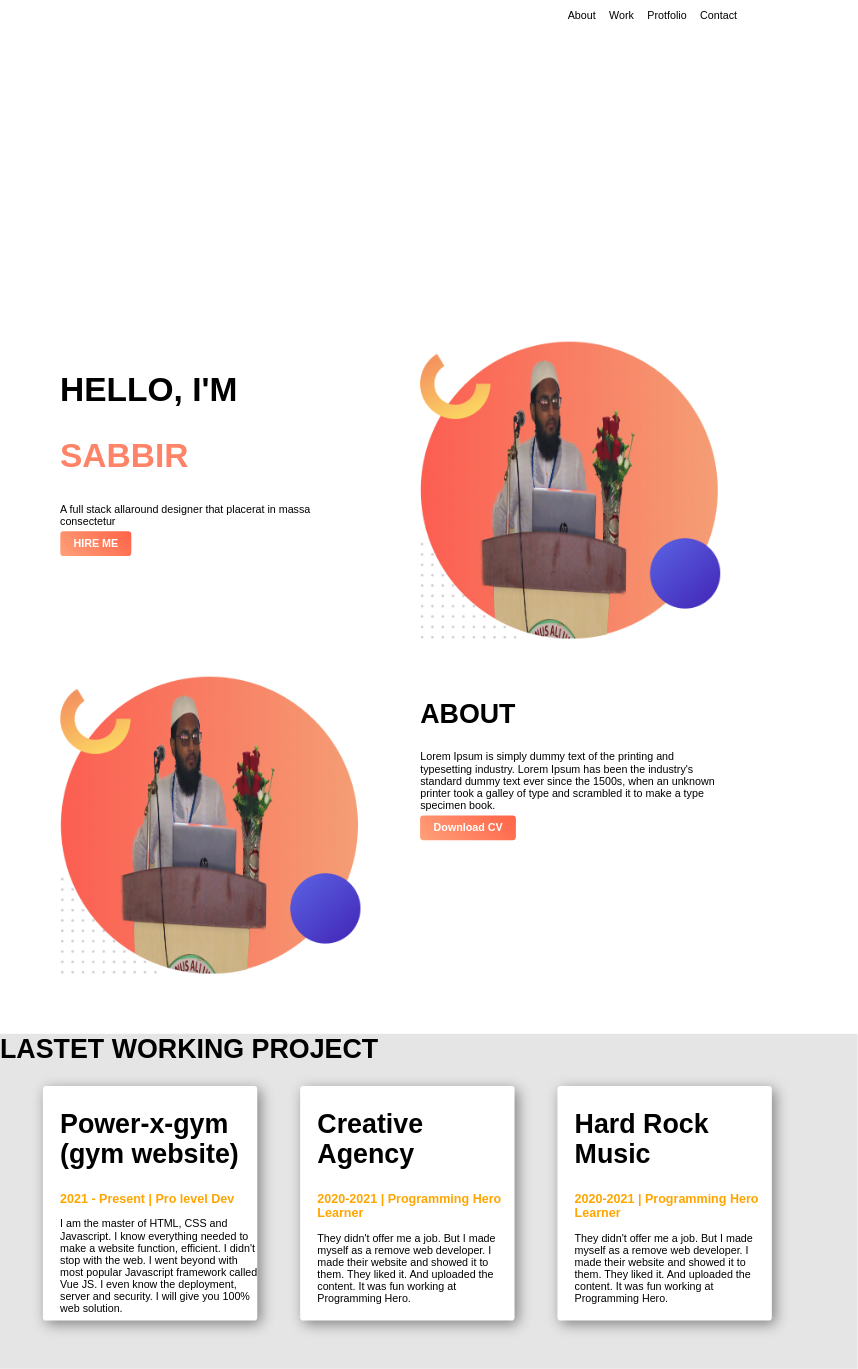
Repository: sabbircse3/personal-website
Page: index.html
An editor plug-in stored every save of this project. The page is shown before and after the next save, followed by the edit.
The browser window is 1280 px wide. The pictures show the whole page, at 67% of full size.

Above is the page before, as saved 2021-01-06 00:28:31.

After the next save:
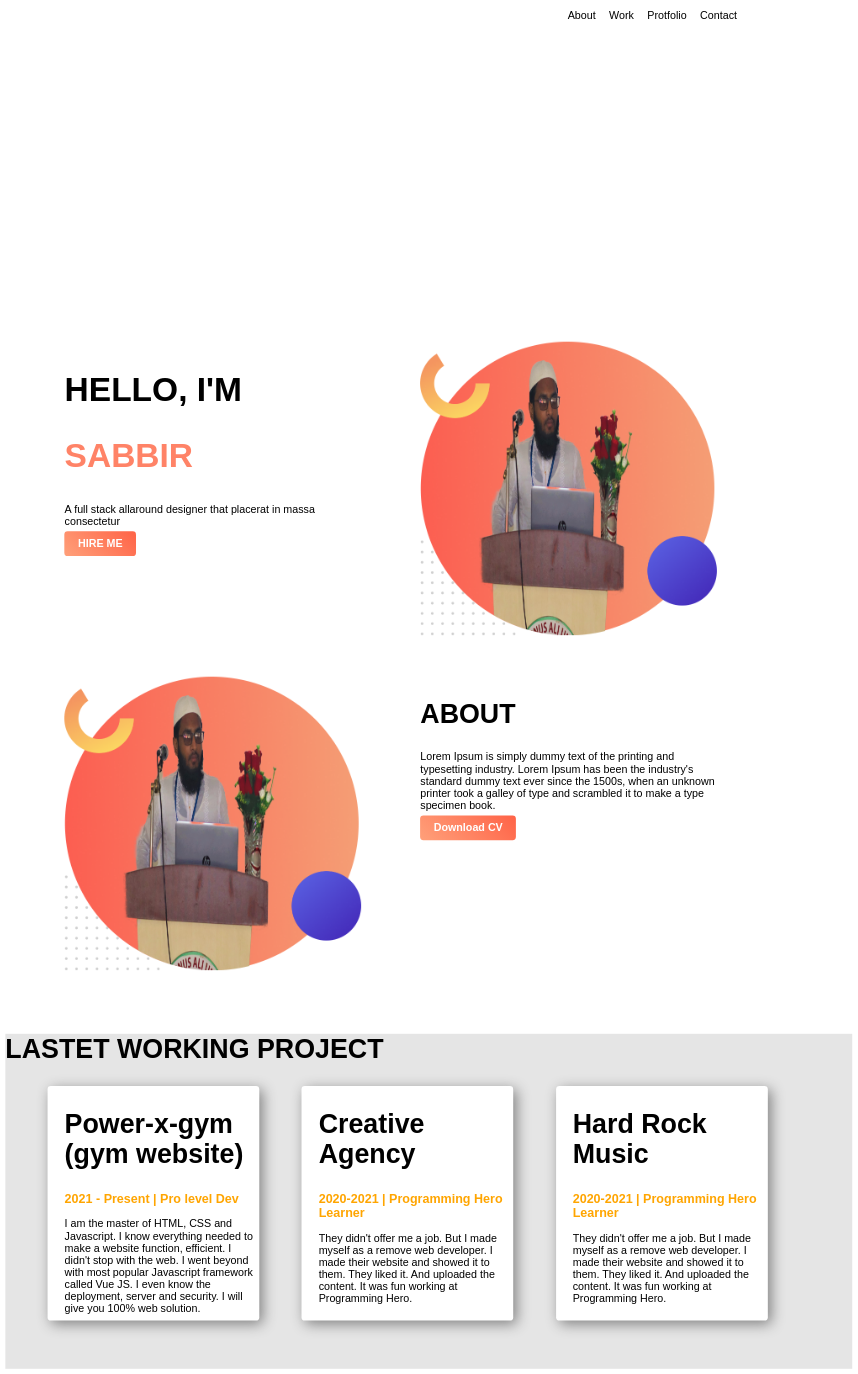
Saved 12 s later.
--- a/style.css
+++ b/style.css
@@ -1,6 +1,6 @@
 body{
     font-family: sans-serif;
-    margin: 0px;
+
 }
 #menu{
 	list-style-type:none;

After the save that followed:
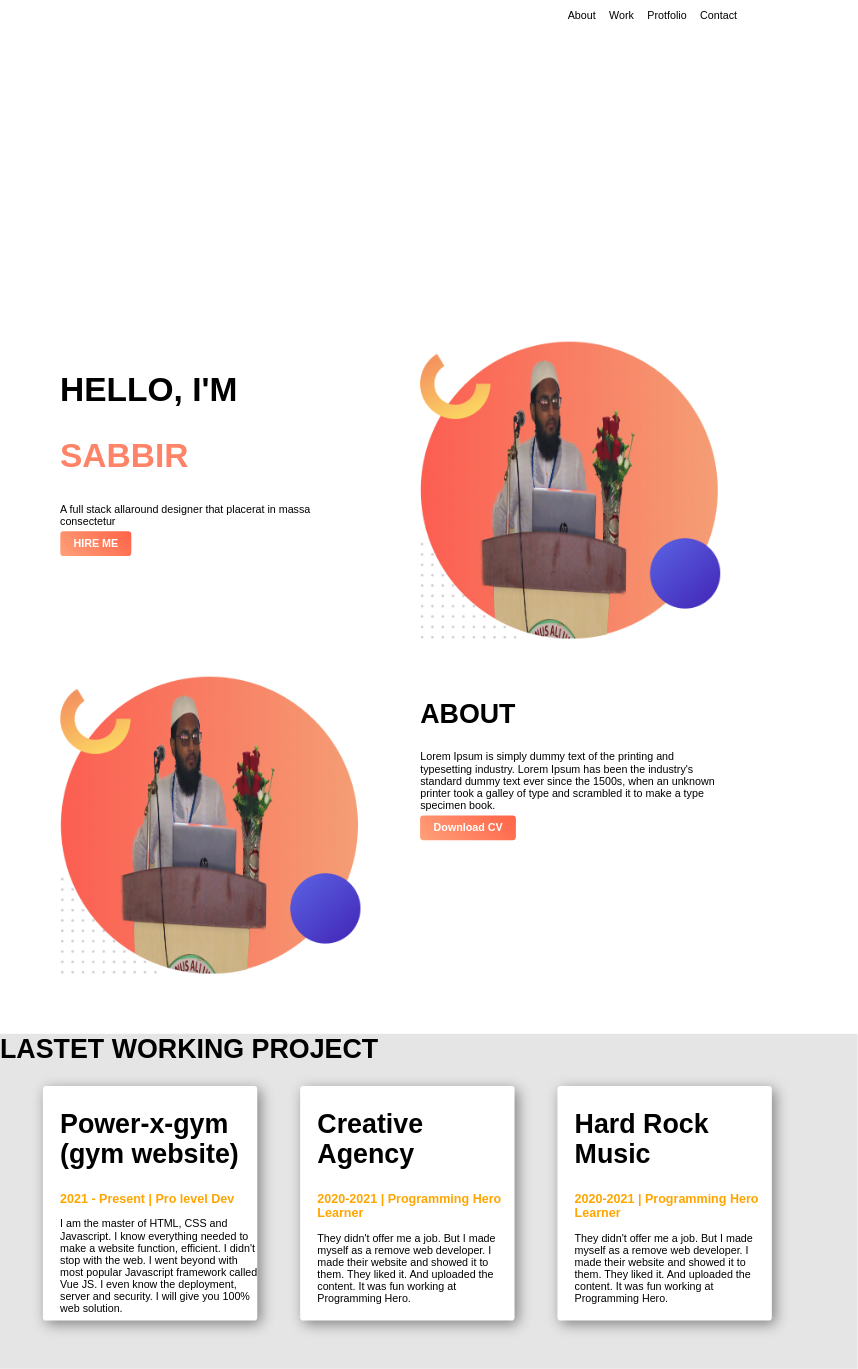
Saved 5 s later.
--- a/style.css
+++ b/style.css
@@ -1,6 +1,6 @@
 body{
     font-family: sans-serif;
-
+    margin: 0px;
 }
 #menu{
 	list-style-type:none;
